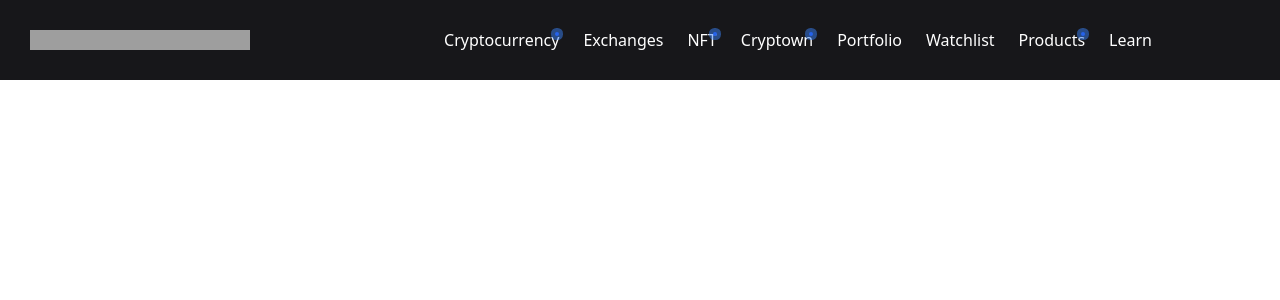
Repository: RayHuang880301/coinmarketcap-clone
Page: /
The author's editor kept a copy of each file at every save. The page is drawn from the files as they stood at one save, then again after the next save.
The browser window is 1280 px wide. The pictures show the whole page.
Pictures or frames that could not be fetched are drawn as grey boxes. The project was rebuilt for these pictures with package versions that can differ from the ones it lists, and the page was loaded fresh each time. The framework's server and built-in components were replaced by stand-ins that run in the browser.

Above is the page before, as saved 2022-05-22 02:41:45.

After the next save:
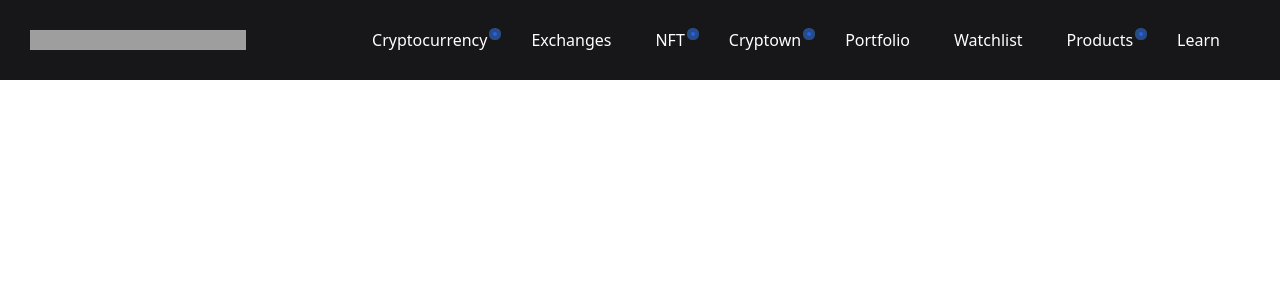
Saved 14 days later.
--- a/components/Header.tsx
+++ b/components/Header.tsx
@@ -2,6 +2,7 @@ import React from 'react'
 import Image from "next/image"
 
 const styles = {
+  navLink: `text-white flex mx-[10px]`,
   header: `bg-[#17171A] text-white h-20 flex gap-[100px] w-full p-[30px]`,
   headerWrapper: `flex justify-center h-full max-w-screen-xl mx-auto px-4`,
   nav: `flex justify-center items-center gap-[20px]`,
